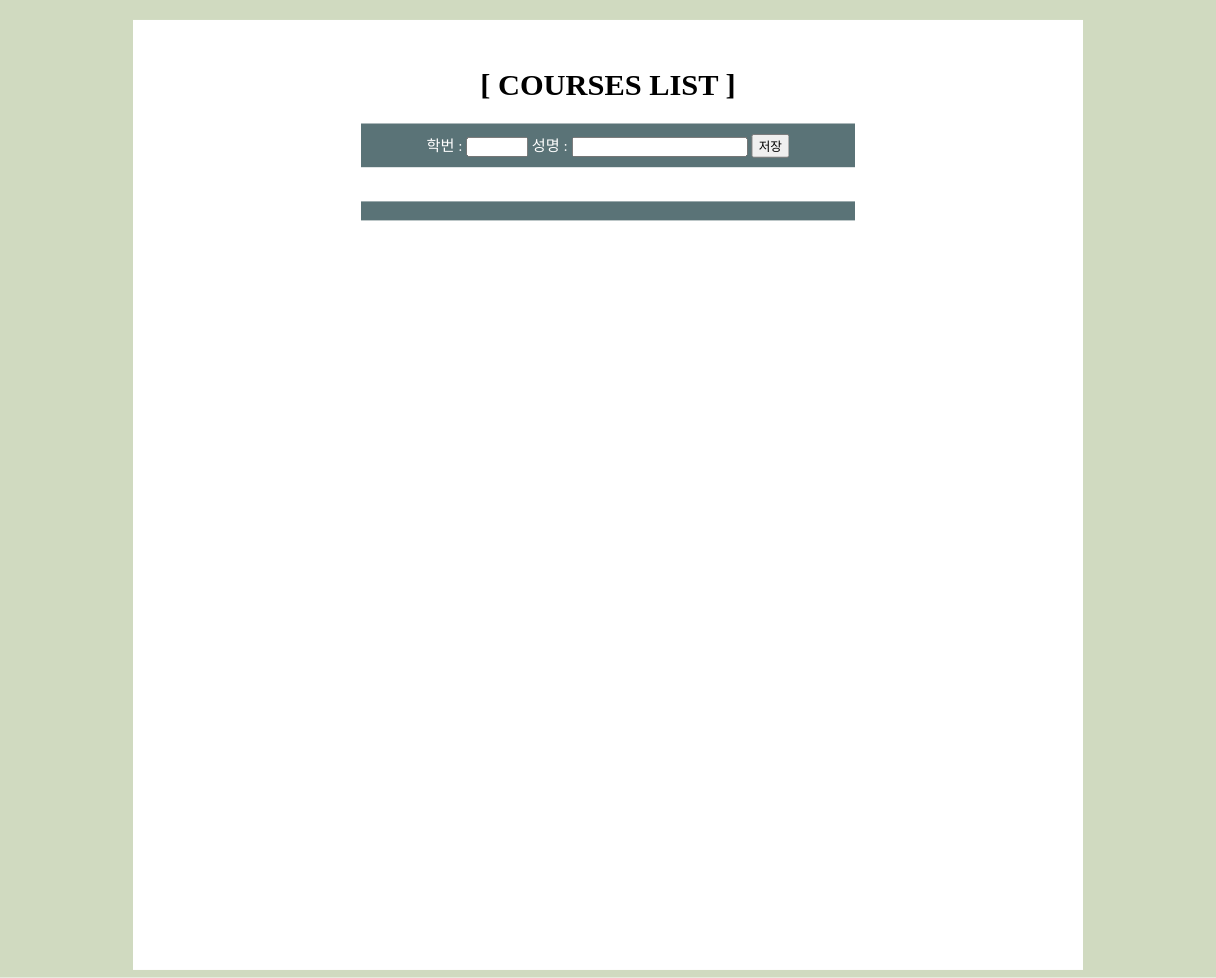
Repository: eeul07/html
Page: ex0508/WebContent/clist.html
An editor plug-in stored every save of this project. The page is shown before and after the next save, followed by the edit.
The browser window is 1280 px wide. The pictures show the whole page, at 95% of full size.
Some web libraries are served in a nearby version.

Above is the page before, as saved 2020-05-08 07:12:48.

### ex0508/WebContent/clist.html
<!DOCTYPE html>
<html>
<head>
	<meta charset="UTF-8">
	<title>강좌관리</title>
	<script src="http://code.jquery.com/jquery-1.9.1.js"></script>
	<script src="https://cdnjs.cloudflare.com/ajax/libs/handlebars.js/3.0.1/handlebars.js"></script>
	<style>
		body{background:#D0DAC0;}
		#page{background:white; width:1000px; height:1000px; margin:auto;}
		h1{text-align:center; padding-top:50px;}
		select{height:23px;}
		#insert, #info{background:#5A7377; color:white; width:500px; padding:10px; margin:auto;
						text-align:center;}
		#tbl, #tbl1{margin:auto; width:520px; border:3px solid #74476A; text-align:center;
			border-collapse:collapse;}
		.row:hover{background:#B3ABBD}
	</style>
</head>
<body>
	<div id="page">
		<h1>[ COURSES LIST ]</h1>
		<div id="insert">
			학번 : <input type="text" id="lcode" maxlength=4 size=5>
			성명 : <input type="text" id="lname">
			<input type="button" id="btnSave" value="저장">
		</div>
		<br>
		<table id="tbl" border=1 width=500></table>
		<script id="temp" type="text/x-handlebars-template">
			{{#each array}}
				<tr class=row>
					<td class=lcode>{{lcode}}</td>
					<td>{{lname}}</td>
					<td><button>삭제</button></td>
				</tr>
			{{/each}}
		</script>
		<br>
		<div id="info">
			<span id="cnt"></span>
		</div>
		<table id="tbl1" border=1 width=500></table>
		<script id="temp1" type="text/x-handlebars-template">
			{{#each array}}
				<tr class=row>
					<td class=scode>{{scode}}</td>
					<td>{{sname}}</td>
					<td>{{grade}}</td>
					<td><button>수정</button></td>
				</tr>
			{{/each}}
		</script>
	</div>
</body>
<script>
	getList();

	// 수강신청학생 보기
	$("#tbl").on("click", ".row", function(){
		$("#tbl1").hide();
		var lcode=$(this).find(".lcode").html();
		$.ajax({
			type:"get",
			url:"celist.jsp",
			data:{"lcode":lcode},
			dataType:"json",
			success:function(data){
				if(data.cnt==0){
					alert("수강신청한 학생이 없습니다.");
					getList();
				}else{
					$("#info").html("강좌번호 : " + lcode + " | 수강신청인원 : " + data.cnt);
					var temp=Handlebars.compile($("#temp1").html());
			         $("#tbl1").html(temp(data));
			         $("#tbl1").show();
				}
			}
		});
	});
	// 삭제
	$("#tbl").on("click", ".row button", function(){
		var row=$(this).parent().parent();
		var lcode=row.find(".lcode").html();
		$.ajax({
			type:"post",
			url:"cdelete.jsp",
			data:{"lcode":lcode},
			dataType:"json",
			success:function(data){
				var cnt=data.cnt;
				if(cnt==0){
					alert("삭제완료");
					getList();
				}else{
					alert("이 강좌를 수강신청한 학생이 있습니다.");
				}
			}
		});
	});

	// 강좌목록
	function getList() {
	   $.ajax({
	      type:"get",
	      url:"clist.jsp",
	      dataType:"json",
	      success:function(data){
	         var temp=Handlebars.compile($("#temp").html());
	         $("#tbl").html(temp(data));
	      }
	   });
	}

	// 입력
	function insert(){
		var lcode=$("#lcode").val();
		var lname=$("#lname").val();
		$.ajax({
			type:"post",
			url:"cinsert.jsp",
			data:{"lcode":lcode, "lname":lname},
			dataType:"json",
			success:function(data){
				if(data.cnt==0){
					alert("저장완료");
					getList();
				}else{
					alert("이미 존재하는 강좌입니다.")
				}
			}
		});
	}

	// 저장버튼을 누를시
	$("#btnSave").on("click", function(){
		insert();
	});

	// 엔터키를 누를시
	$("#lname").keydown(function(key){
		if(key.keyCode==13){
			insert();
		}
	});
</script>
</html>

After the next save:
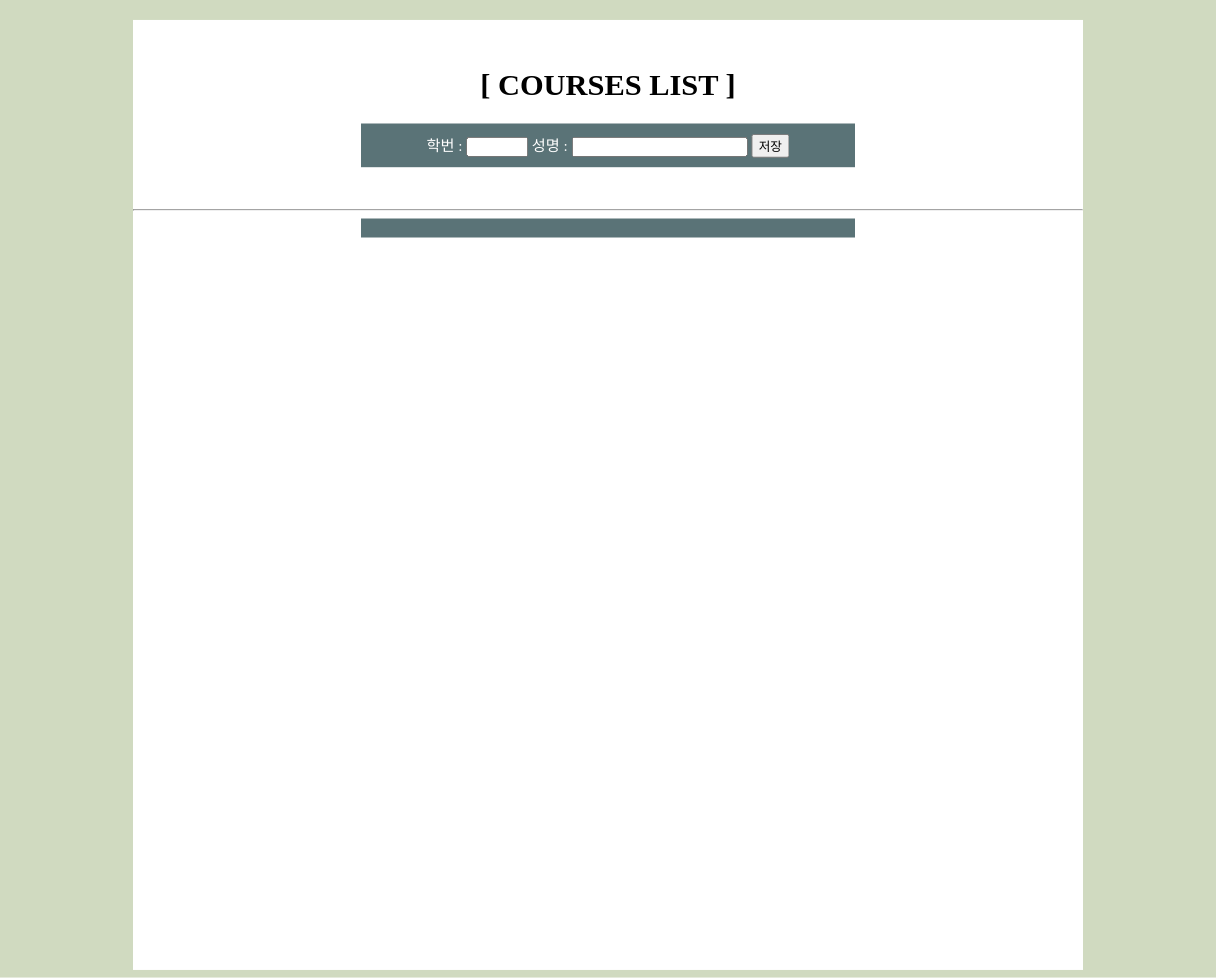
Saved 34 s later.
--- a/ex0508/WebContent/clist.html
+++ b/ex0508/WebContent/clist.html
@@ -37,9 +37,11 @@
 			{{/each}}
 		</script>
 		<br>
+		<hr>
 		<div id="info">
 			<span id="cnt"></span>
 		</div>
+		<br>
 		<table id="tbl1" border=1 width=500></table>
 		<script id="temp1" type="text/x-handlebars-template">
 			{{#each array}}
